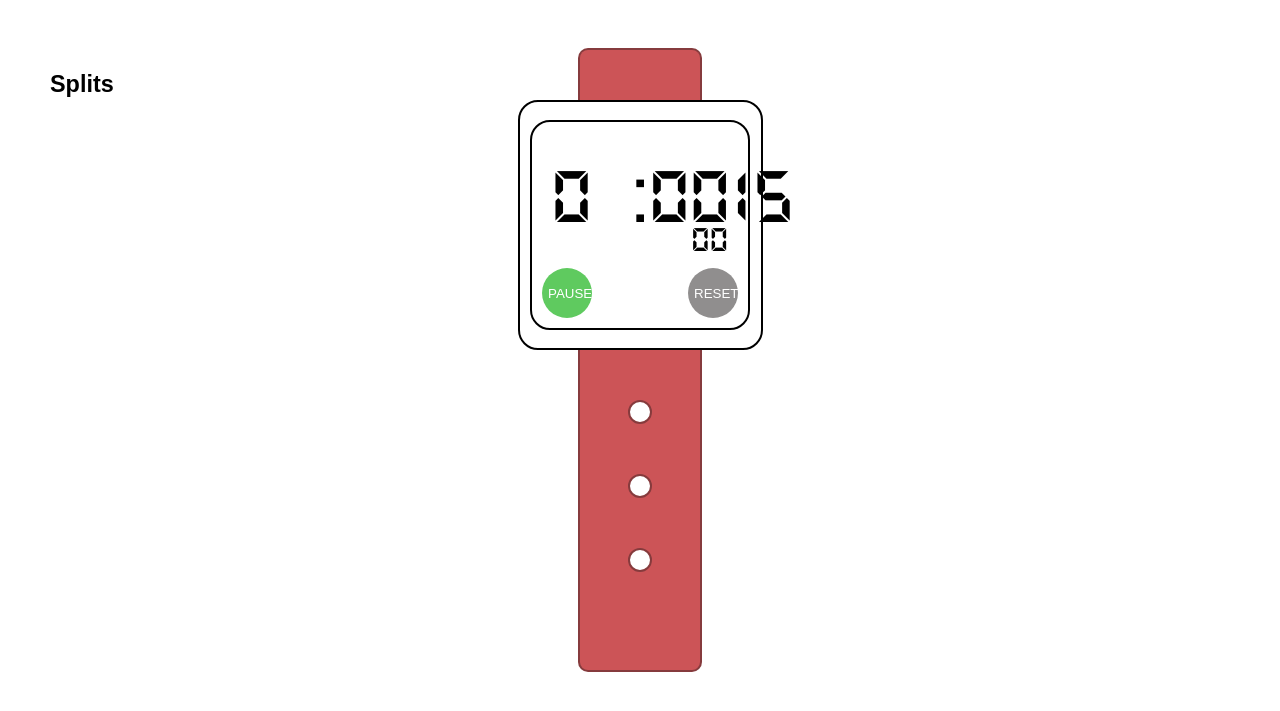
Repository: konstantin0s/lab-chronometer
Page: index.html
An editor plug-in stored every save of this project. The page is shown before and after the next save, followed by the edit.
The browser window is 1280 px wide. The pictures show the whole page.
After loading, the first visible `#btnLeft` was clicked once.

Above is the page before, as saved 2019-02-05 12:44:43.

After the next save:
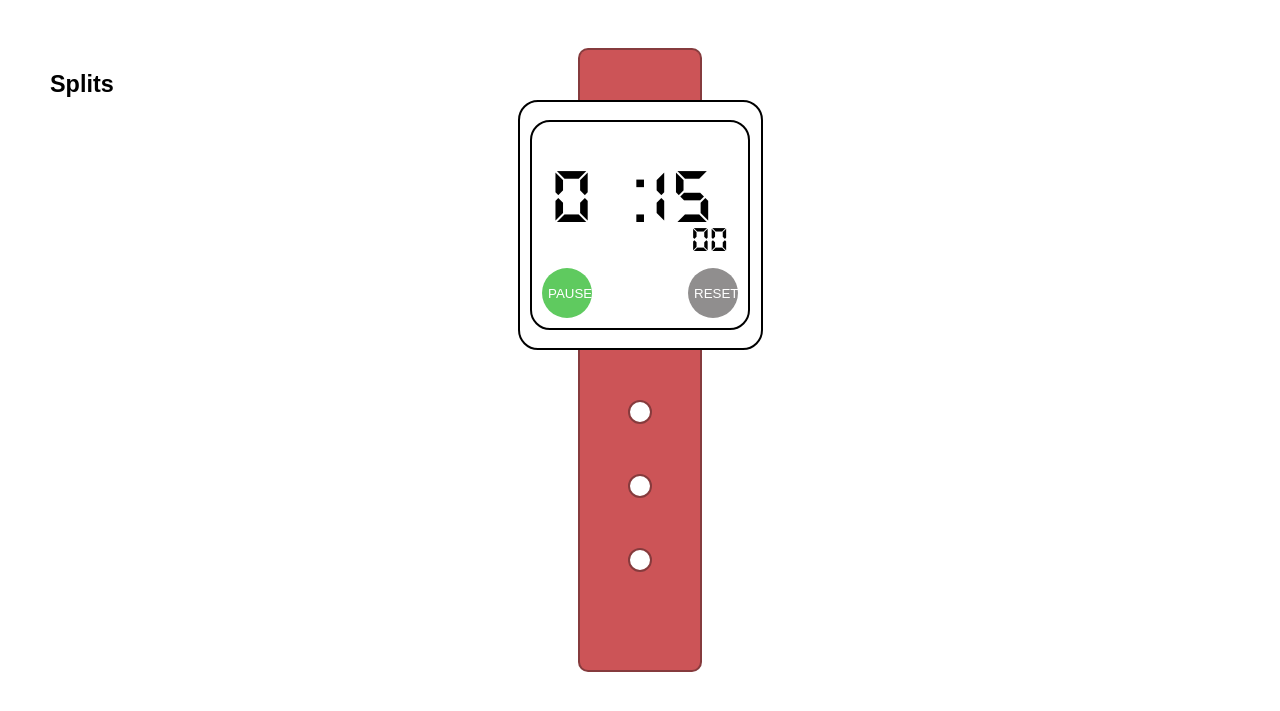
Saved 5 s later.
--- a/javascript/main.js
+++ b/javascript/main.js
@@ -131,7 +131,7 @@ var intervalRef = null;
          secDec.innerHTML = "00" + twoDigits(seconds);
          seconds++;
         //  if ()
-         secDec.innerHTML = "00" + twoDigits(seconds);
+         secDec.innerHTML = twoDigits(seconds);
          btnLeft.innerHTML = "PAUSE";
       if (seconds === 60) {
          seconds = 0;
